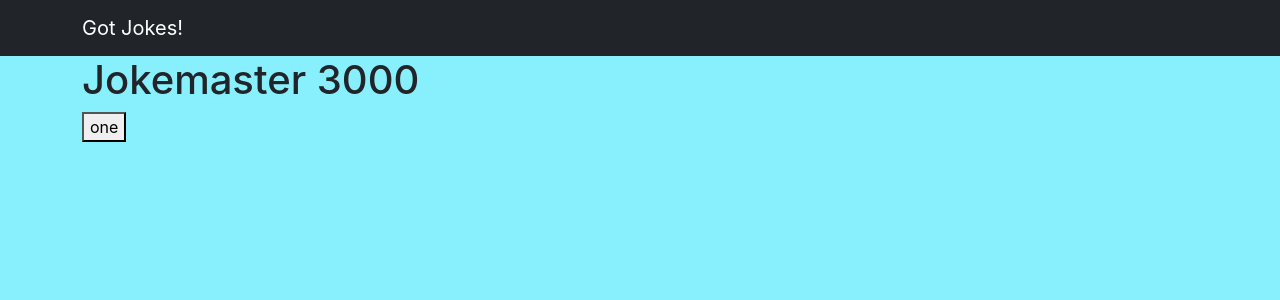
Repository: jontslater/LAB-joke-generator-react
Page: /
The author's editor kept a copy of each file at every save. The page is drawn from the files as they stood at one save, then again after the next save.
The browser window is 1280 px wide. The pictures show the whole page.
The project was rebuilt for these pictures with package versions that can differ from the ones it lists, and the page was loaded fresh each time. The framework's server and built-in components were replaced by stand-ins that run in the browser. Also part of the build but not shown: next.config.js.

Above is the page before, as saved 2024-01-12 18:04:41.

### pages/_app.js
/* eslint-disable react/prop-types */
import 'bootstrap/dist/css/bootstrap.min.css';
import '../styles/globals.css';
import NavBar from '../components/NavBar';

function MyApp({ Component, pageProps }) {
  return (
    <>
      <NavBar />
      <div className="container">
        <Component {...pageProps} />
      </div>
    </>
  );
}

export default MyApp;

### pages/index.js
import React from 'react';
import Jokes from '../components/Jokes';

function Home() {
  const counters = [
    { title: 'counter 1' },
  ];
  return (
    <>
      {counters.map((counter) => (<Jokes key={counter.title} title={counter.title} />))}

    </>
  );
}

export default Home;

### components/NavBar.js
/* eslint-disable jsx-a11y/anchor-is-valid */
import React from 'react';
import Link from 'next/link';
import {
  Navbar, Container, Nav,
} from 'react-bootstrap';

export default function NavBar() {
  return (
    <Navbar collapseOnSelect expand="lg" bg="dark" variant="dark">
      <Container>
        <Link passHref href="/">
          <Navbar.Brand>Got Jokes!</Navbar.Brand>
        </Link>
        <Navbar.Toggle aria-controls="responsive-navbar-nav" />
        <Navbar.Collapse id="responsive-navbar-nav">
          <Nav className="me-auto">
            {/* CLOSE NAVBAR ON LINK SELECTION: https://stackoverflow.com/questions/72813635/collapse-on-select-react-bootstrap-navbar-with-nextjs-not-working */}
            {/* <Link passHref href="/">
              <Nav.Link>Home</Nav.Link>
            </Link> */}
          </Nav>
        </Navbar.Collapse>
      </Container>
    </Navbar>
  );
}

### components/Jokes.js
import { useState } from 'react';

function Jokes() {
  const [jokes, setJokes] = useState([getJokes]);
  const [active, setActive] = useState('FirstCard');

  function getJokes() {
    fetch('https://v2.jokeapi.dev/joke/Programming?safe-mode&type=twopart')
      .then((response) => response.json())
      .then((data) => {
        setJokes(data);
      });
  }

  return (
    <>
      <h1>Jokemaster 3000</h1>
      <nav>
        {active === 'FirstCard' && (
          <button
            type="button"
            title="1"
            onClick={() => setActive('SecondCard')}
          >one
          </button>
        )}
        <h1>{jokes.setup}</h1>
        {active === 'SecondCard' && (
        <button
          type="button"
          title="2"
          onClick={() => setActive('ThirdCard')}
        >two
        </button>
        )}
        <h1>{jokes.delivery}</h1>
        {active === 'ThirdCard' && (
        <button
          type="button"
          title="3"
          onClick={() => setActive('FirstCard')}
        >three
        </button>
        )}
      </nav>
    </>
  );
}

export default Jokes;

Loaded but not shown: styles/globals.css (common file)

After the next save:
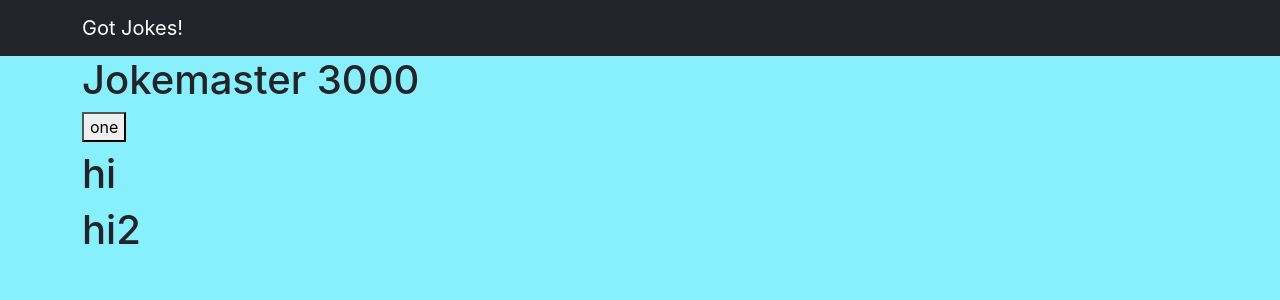
Saved 70 s later.
--- a/components/Jokes.js
+++ b/components/Jokes.js
@@ -25,6 +25,7 @@ function Jokes() {
           </button>
         )}
         <h1>{jokes.setup}</h1>
+        <h1>hi</h1>
         {active === 'SecondCard' && (
         <button
           type="button"
@@ -34,6 +35,7 @@ function Jokes() {
         </button>
         )}
         <h1>{jokes.delivery}</h1>
+        <h1>hi2</h1>
         {active === 'ThirdCard' && (
         <button
           type="button"
